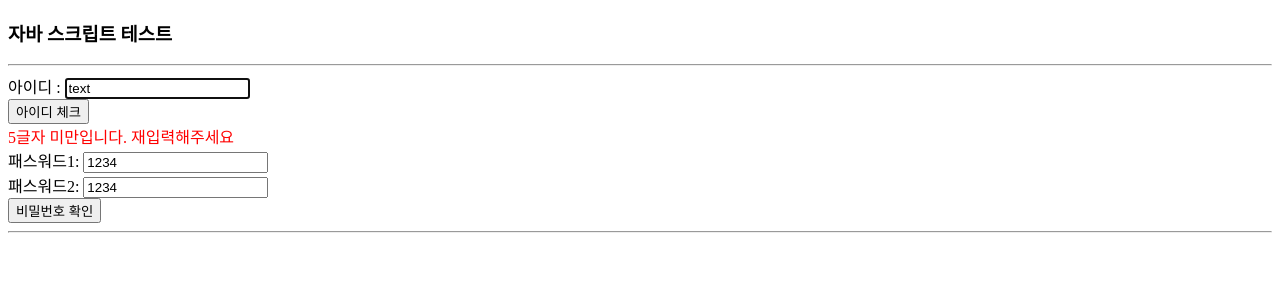
Repository: syshin0116/data2
Page: http://localhost/spring04/jsp2.jsp
The author's editor kept a copy of each file at every save. The page is drawn from the files as they stood at one save, then again after the next save.
The browser window is 1280 px wide. The pictures show the whole page.
After loading, the first visible `button` was clicked once.
The page is served by Tomcat 9. Other server files are loaded and not shown.

Above is the page before, as saved 2022-02-17 02:21:34.

### spring04/src/main/webapp/jsp2.jsp
<%@ page language="java" contentType="text/html; charset=UTF-8"
    pageEncoding="UTF-8"%>

<!DOCTYPE html>
<html>
<head>
<meta charset="UTF-8">
<title>Insert title here</title>
<script type="text/javascript">
function idCheck(){
	//id에 입력한 값을 가지고 와서 글자수가 5 미만이면 다시 작성하세요. 메시지
	//Documemt document = new Document();
	//미리 객체를 생성해놨음. -> 내장된 객체
	//window:브라우저 전체
	//document: body태그 부분
	//console: 개발할대 확인하는 창 (f12)
	//location: 주소부분, location.href=""
	//history: 탐색 history
	idValue = document.getElementById("id").value;
	idCheckResult = document.getElementById("idCheckResult");
	if(idValue.length < 5){
		console.log("5미만입니다.");
		result = "5글자 미만입니다. 재입력해주세요";
		idCheckResult.style.color = "red";

		document.getElementById("id").focus();
		idValue = "";
	}else{
		result = "5글자 이상입니다. 유효합니다";
		idCheckResult.style.color = "green";
	}
	idCheckResult.innerHTML=result;
}
function pwCheck(){
	pwCheckResult = document.getElementById("pwCheckResult");
	if(document.getElementById("pw1").value == document.getElementById("pw2").value){
		result = "비밀번호가 일치합니다";
		pwCheckResult.style.color = "green";
	}else{
		result = "비밀번호가 불일치합니다";
		pwCheckResult.style.color = "red";
		document.getElementById("pw1").focus();
		document.getElementById("pw1").value="";
		document.getElementById("pw2").value="";
	}
	pwCheckResult.innerHTML=result;
}
</script>
</head>
<body>
<h3>자바 스크립트 테스트</h3>
<hr>
아이디 : <input name="id" id="id" value="text"><br>
<button onclick="idCheck()">아이디 체크</button><br>
<div id="idCheckResult"></div>
패스워드1: <input name="pw1" id="pw1" value="1234"><br>
패스워드2: <input name="pw2" id="pw2" value="1234"><br>
<button onclick="pwCheck()">비밀번호 확인</button>
<div id="pwCheckResult"></div>
<hr>

</body>
</html>

After the next save:
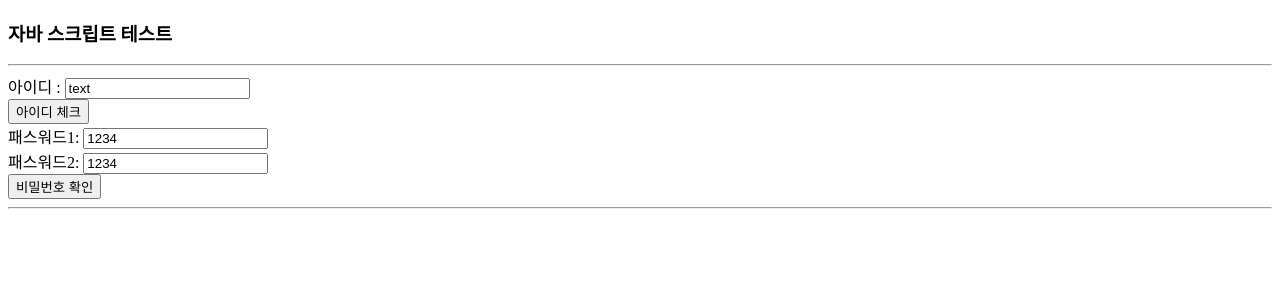
Console error: TypeError: Cannot set properties of undefined (setting 'value')
Saved 26 s later.
--- a/spring04/src/main/webapp/jsp2.jsp
+++ b/spring04/src/main/webapp/jsp2.jsp
@@ -22,9 +22,9 @@
 		console.log("5미만입니다.");
 		result = "5글자 미만입니다. 재입력해주세요";
 		idCheckResult.style.color = "red";
+		document.getELementById.value="";
+		document.getElementById("id").focus();
 
-		document.getElementById("id").focus();
-		idValue = "";
 	}else{
 		result = "5글자 이상입니다. 유효합니다";
 		idCheckResult.style.color = "green";

After the 4 saves that followed:
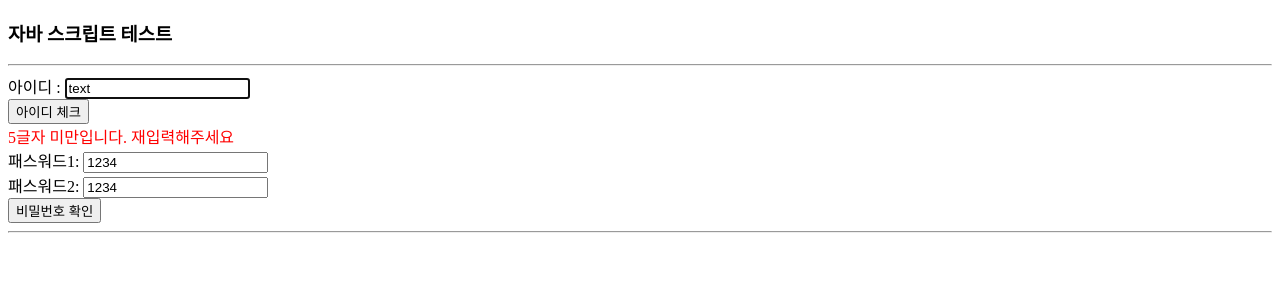
The error is gone.
The 4 saves are shown as one change because 3 left the picture as it was.
The last was saved 56 s later.
--- a/spring04/src/main/webapp/jsp2.jsp
+++ b/spring04/src/main/webapp/jsp2.jsp
@@ -22,7 +22,7 @@
 		console.log("5미만입니다.");
 		result = "5글자 미만입니다. 재입력해주세요";
 		idCheckResult.style.color = "red";
-		document.getELementById.value="";
+		document.getElementById.value="";
 		document.getElementById("id").focus();
 
 	}else{
